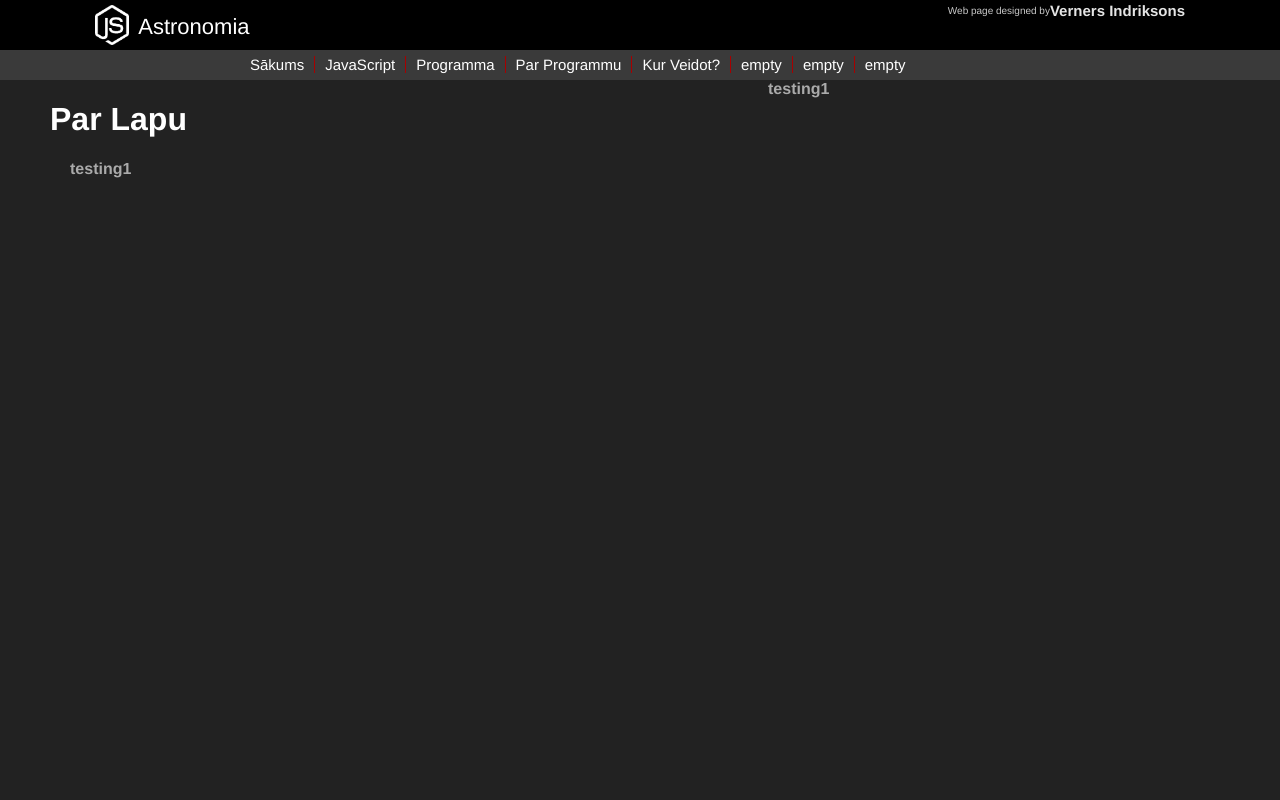
Repository: LaukiniXs/astronomia
Page: index.html
The author's editor kept a copy of each file at every save. The page is drawn from the files as they stood at one save, then again after the next save.
The browser window is 1280 px wide. The pictures show the whole page.

Above is the page before, as saved 2020-05-18 13:13:40.

After the next save:
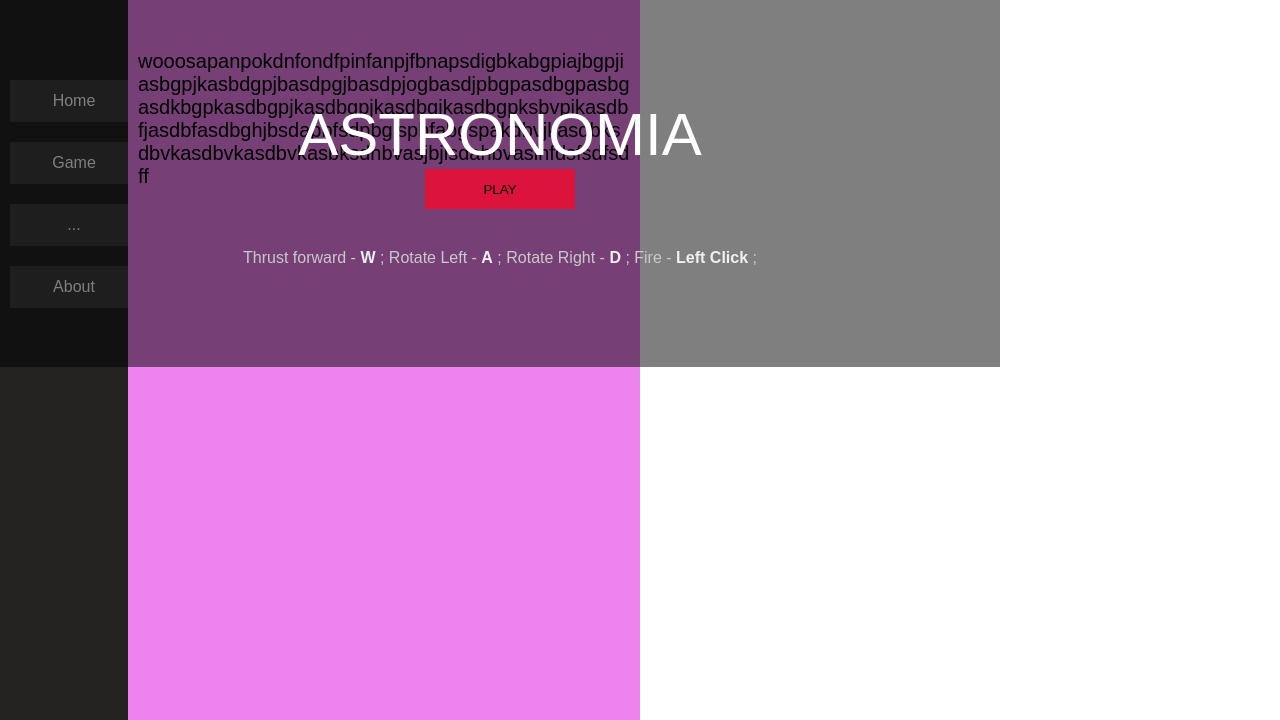
Not found: index.ts
Saved 98 s later.
--- a/index.html
+++ b/index.html
@@ -1,43 +1,38 @@
 <html>
 	<head>
-		<title>Astronomia</title>
-
-			<link rel="stylesheet" type="text/css" href="styleCSS.css">
+	<meta charset="UTF-8">
+		<title>Fully fledged page</title>
+			<link rel="stylesheet" type="text/css" href="style.css">
 
 	</head>
 	<body>
-		<div id="firstBar">
-			<div id="firstSection">
-				<img id="logoPic" src="pic1.png">
-				<span id="logoTxt">Astronomia</span>
-				<span id="creditTxt">Web page designed by <span id="creditTxt2">Verners Indriksons</span></span>
+		<div id="sidebar">
+		<button class="button" style="height:42px; width: 100%; margin-top: 80px;"><a href="">Home</a></button>
+		<button class="button" style="height:42px;"><a href="">Game</a></button>
+		<button class="button" style="height:42px;"><a href="">...</a></button>
+		<button class="button" style="height:42px;"><a href="">About</a></button>
+		</div>
+		<div id="clearFloat"></div>
+		<div id="contents">
+			<p class="contentText">wooosapanpokdnfondfpinfanpjfbnapsdigbkabgpiajbgpjiasbgpjkasbdgpjbasdpgjbasdpjogbasdjpbgpasdbgpasbgasdkbgpkasdbgpjkasdbgpjkasdbgjkasdbgpksbvpjkasdbfjasdbfasdbghjbsdapbfsdpbgisphfabgspakdbvjkasdbksdbvkasdbvkasdbvkasbksdhbvasjbjlsdahbvaslhfdsfsdfsdff
+			</p>
+		</div>
+		<div id="game">
+			<div id="splash">
+				<p id="title">ASTRONOMIA</p>
+				<button id="play-btn">PLAY</button>
+				<p id="controls"> Thrust forward - <span class="controlBtn">W</span> ;
+					Rotate Left - <span class="controlBtn">A</span> ;
+					Rotate Right - <span class="controlBtn">D</span> ;
+					Fire - <span class="controlBtn">Left Click</span> ;</p>
 			</div>
-		</div>
-	<div class="break"></div>
-		<div id="secondBar">
-			<div id="secondSection">
-
-				<a href="index.html">Sākums</a>
-				<a href="">JavaScript</a>
-				<a href="">Programma</a>
-				<a href="">Par Programmu</a>
-				<a href="">Kur Veidot?</a>
-				<a href="">empty</a>
-				<a href="">empty</a>
-				<a class="removeLine" href="">empty</a>
-
+			<div id="gameover">
+				<p>Game Over</p>
+				<p id="tip">Refresh the page to try again</p>
 			</div>
-		</div>
-		<div id="pageContent">
-			<div id="headlineText">
-				<h1>Par Lapu</h1>
-			</div>
-			<div id="textContent">
-				<span class="text">testing1</span>
-			</div>
-		</div>
-		<div id="pageContent2">
-			<span class="text">testing1</span>
+			<div id="log"></div>
+			<audio id="backgroundMusic" src="./audio/backgroundMusic.mp3" preload loop></audio>
+			<script src="./index.ts"></script>
 		</div>
 	</body>
 
